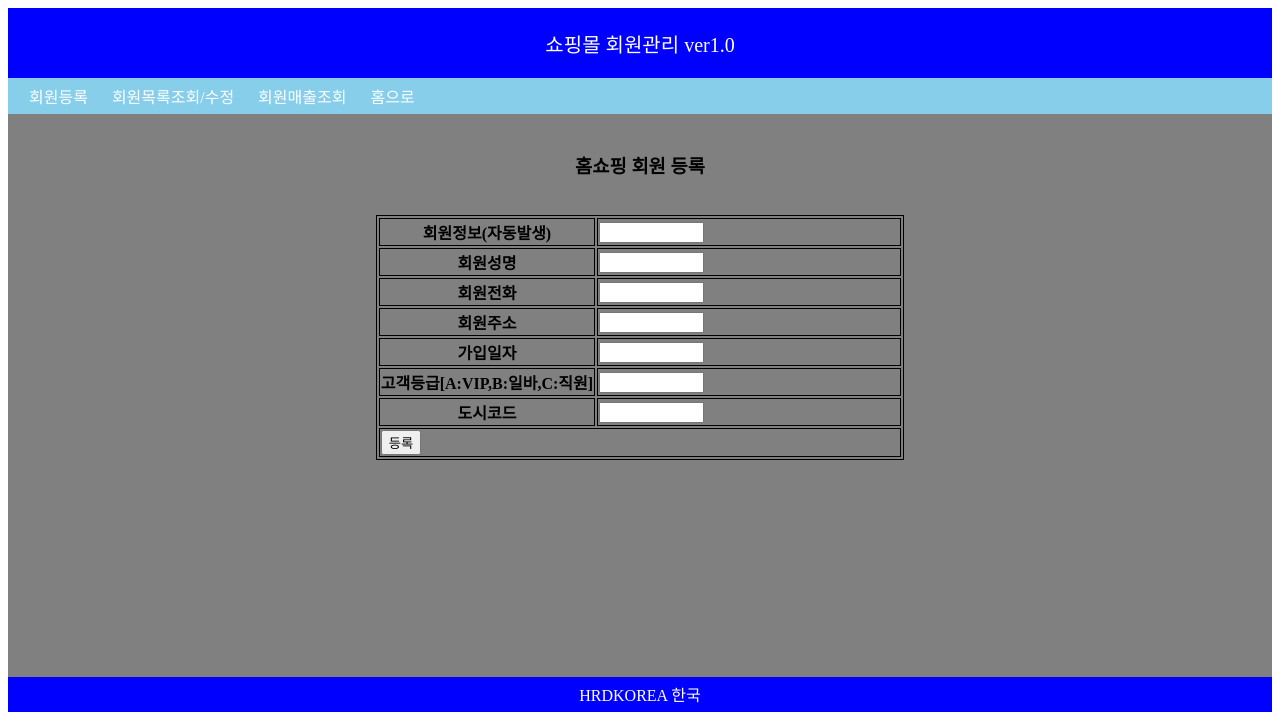
Repository: choigobin/Programming
Page: http://localhost/HRD_1119/insert.jsp
These files come from the project's save history. The page is drawn as it stood at one moment and after the next save; the edit follows.
The browser window is 1280 px wide. The pictures show the whole page.
The page is served by Tomcat 9.

Above is the page before, as saved 2019-11-19 07:12:32.

After the next save:
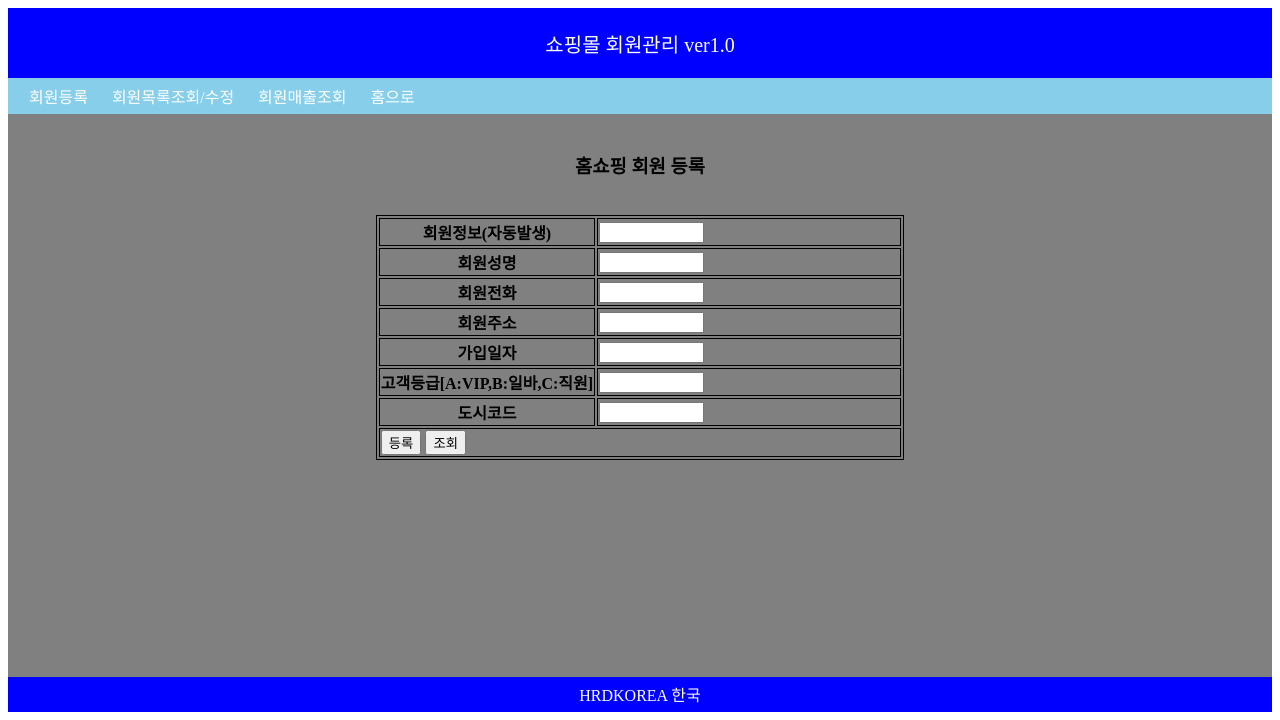
Saved 17 s later.
--- a/YangJung/workspace/HRD_1119/WebContent/insert.jsp
+++ b/YangJung/workspace/HRD_1119/WebContent/insert.jsp
@@ -51,6 +51,7 @@
 		<tr>
 			<td colspan="2">
 				<input type="submit" value="등록">
+				<input type="button" value="조회">
 			</td>
 		</tr>
 	</table>
